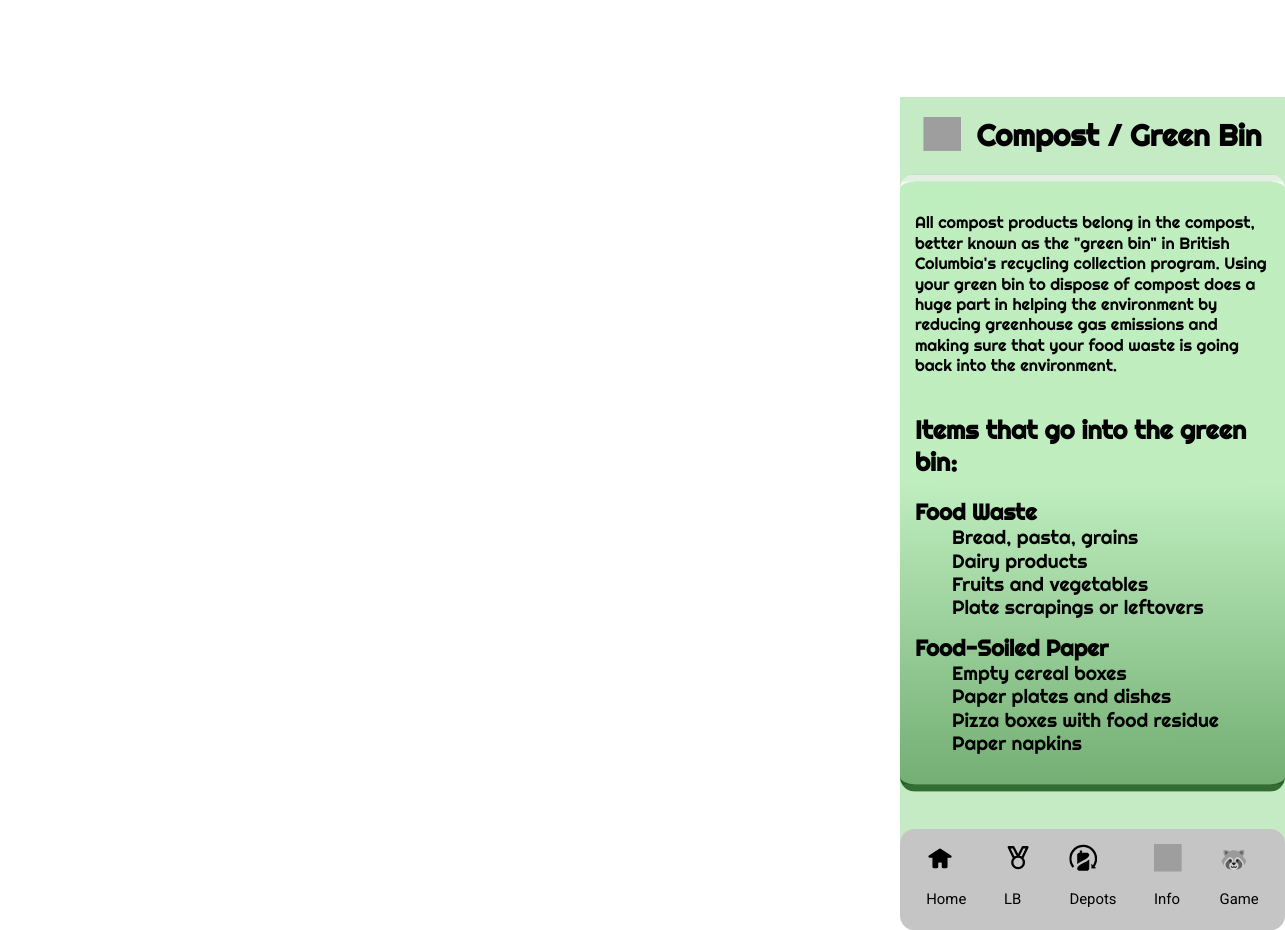
Repository: alemunden/Trash-Scavengers
Page: /InfoCompost
The author's editor kept a copy of each file at every save. The page is drawn from the files as they stood at one save, then again after the next save.
The browser window is 1280 px wide. The page is 1382 px wide, so the pictures cover 1382 px, including what lies to the right of the window. The pictures show the whole page, at 93% of full size.
Pictures or frames that could not be fetched are drawn as grey boxes. The project was rebuilt for these pictures with package versions that can differ from the ones it lists, and the page was loaded fresh each time. The framework's server and built-in components were replaced by stand-ins that run in the browser. Also part of the build but not shown: next.config.mjs.

Above is the page before, as saved 2024-05-07 15:35:35.

After the next save:
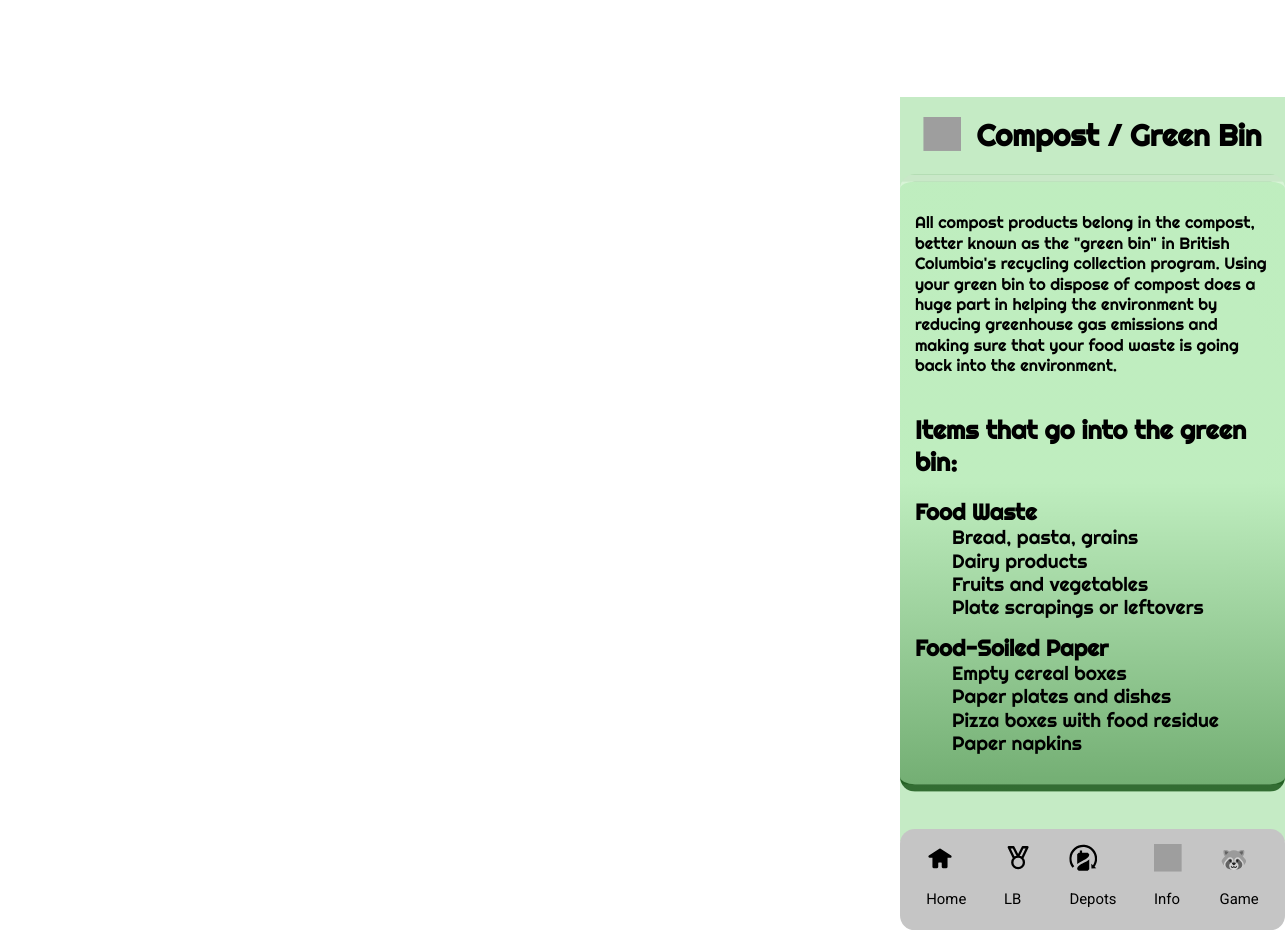
Saved 12 s later.
--- a/styles/InfoCompost.module.css
+++ b/styles/InfoCompost.module.css
@@ -23,7 +23,7 @@
     flex-direction: column;
     background-image: linear-gradient(180deg, rgba(185, 240, 185,0.5) 50%, rgba(35, 115, 35, 0.5) 100%);
     border-radius: 1rem;
-    border-top: 0.5rem solid rgba(255, 255, 255, 0.8);
+    border-top: 0.5rem solid rgba(222, 247, 221, 0.8);
     border-bottom: 0.5rem solid rgba(16, 78, 16, 0.8);
 }
 

After the save that followed:
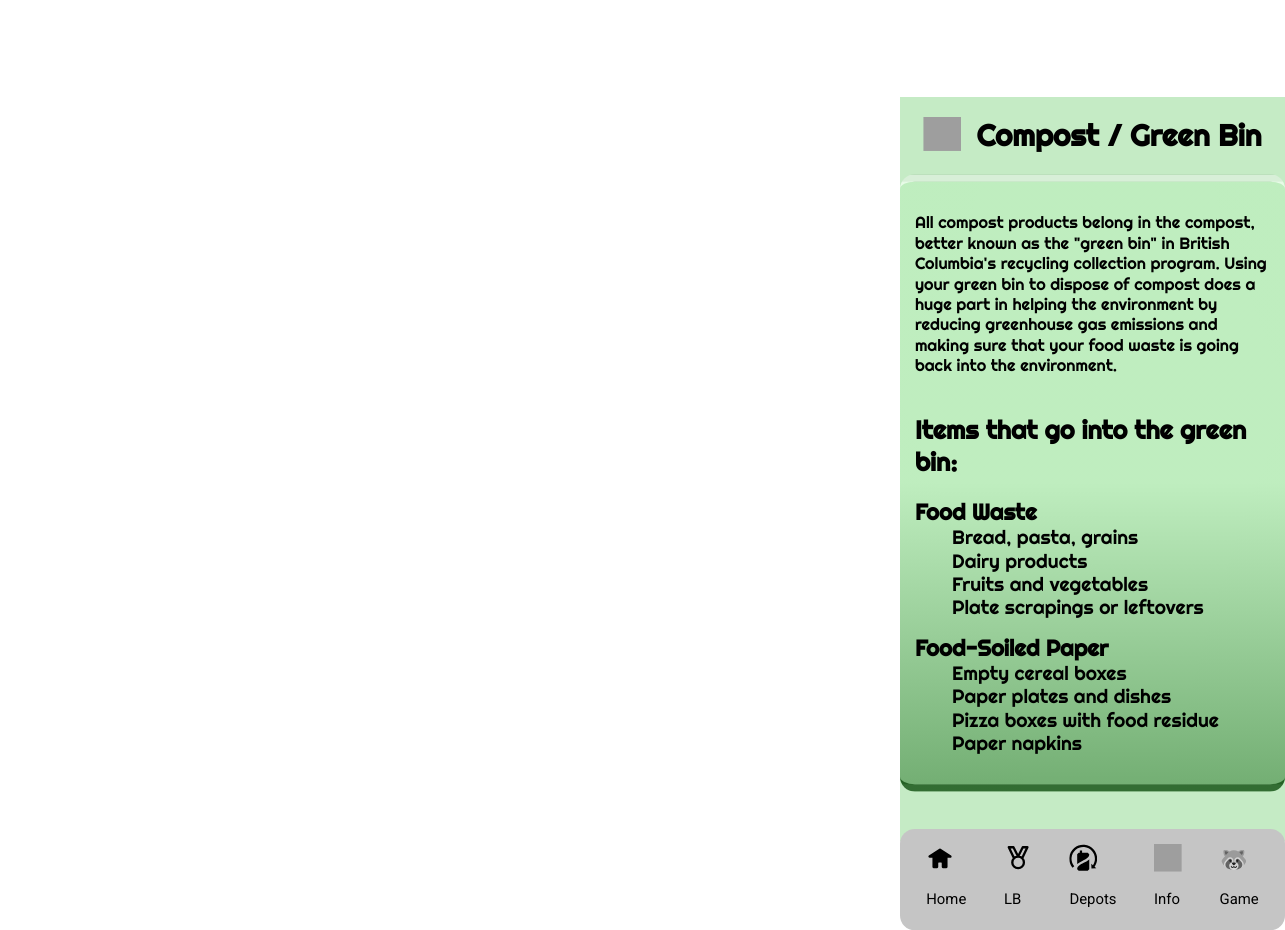
Saved 8 s later.
--- a/styles/InfoCompost.module.css
+++ b/styles/InfoCompost.module.css
@@ -23,7 +23,7 @@
     flex-direction: column;
     background-image: linear-gradient(180deg, rgba(185, 240, 185,0.5) 50%, rgba(35, 115, 35, 0.5) 100%);
     border-radius: 1rem;
-    border-top: 0.5rem solid rgba(222, 247, 221, 0.8);
+    border-top: 0.5rem solid rgba(240, 255, 240, 0.8);
     border-bottom: 0.5rem solid rgba(16, 78, 16, 0.8);
 }
 
